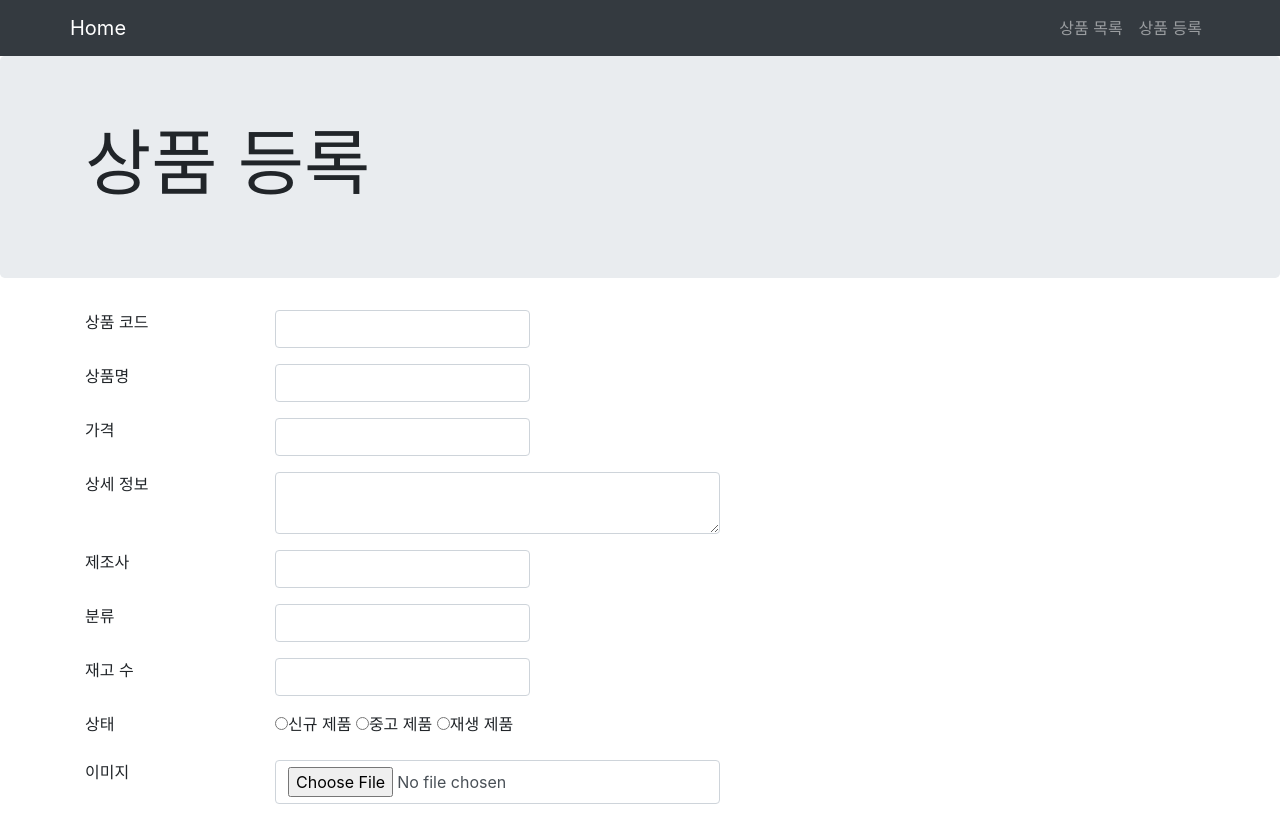
Repository: lhj257/jspwrokspace
Page: http://localhost/WebMarket/addProduct.jsp
The author's editor kept a copy of each file at every save. The page is drawn from the files as they stood at one save, then again after the next save.
The browser window is 1280 px wide. The pictures show the whole page.
The page is served by Tomcat 9. Nobody is signed in. The application's start-up code is not run.

Above is the page before, as saved 2023-08-29 04:58:03.

After the next save:
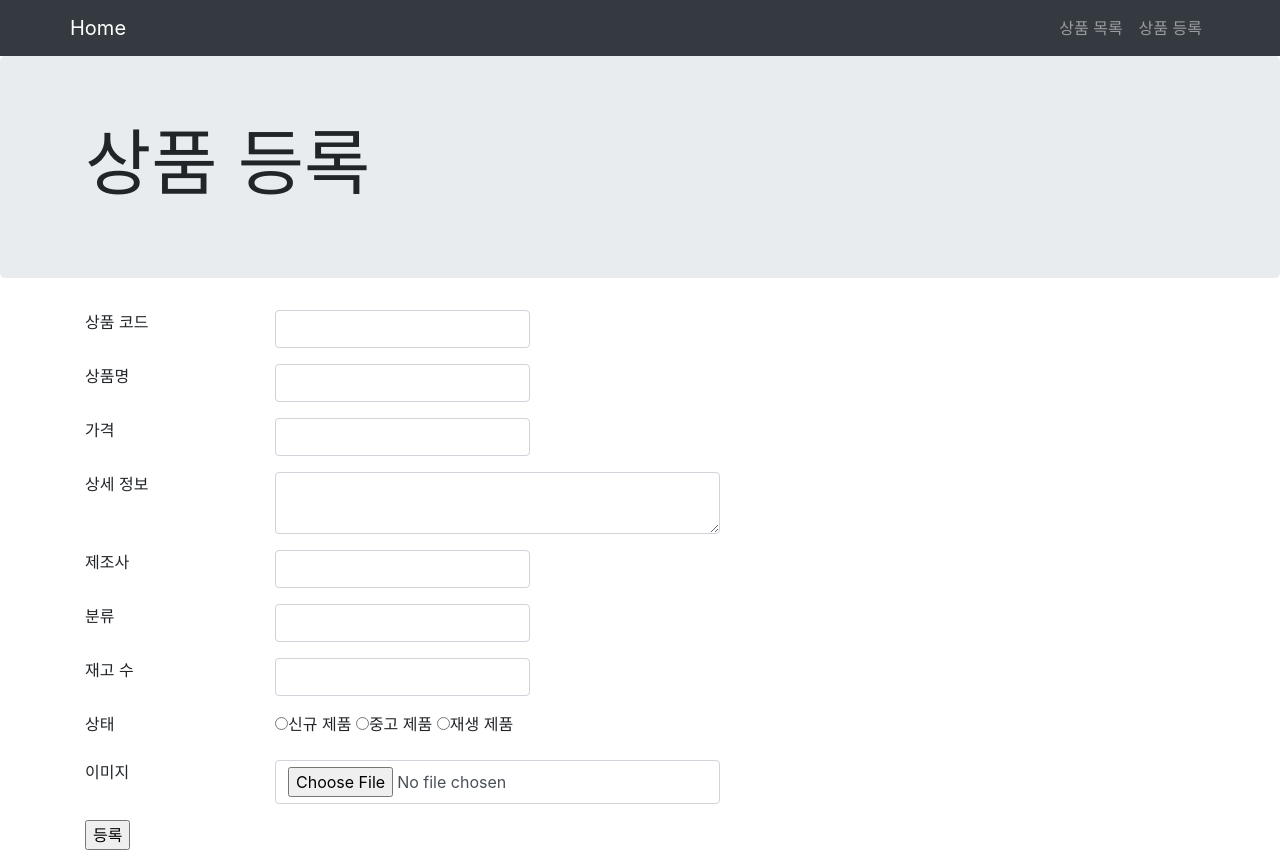
Saved 68 s later.
--- a/WebMarket/src/main/webapp/addProduct.jsp
+++ b/WebMarket/src/main/webapp/addProduct.jsp
@@ -76,11 +76,11 @@
 					<input type="file" name="productImage" class="form-control">
 				</div>
 			</div>
-			<!-- <div class="form-group row">
+			<div class="form-group row">
 				<div class="col-sm-offset-2 col-sm-10">
-					<input type="submit" name="btn btn-primary" value="등록">
+					<input type="button" name="btn btn-primary" value="등록" onclick="CheckAddProduct()">
 				</div>
-			</div> -->
+			</div>
 		</form>
 	</div>
 </body>
